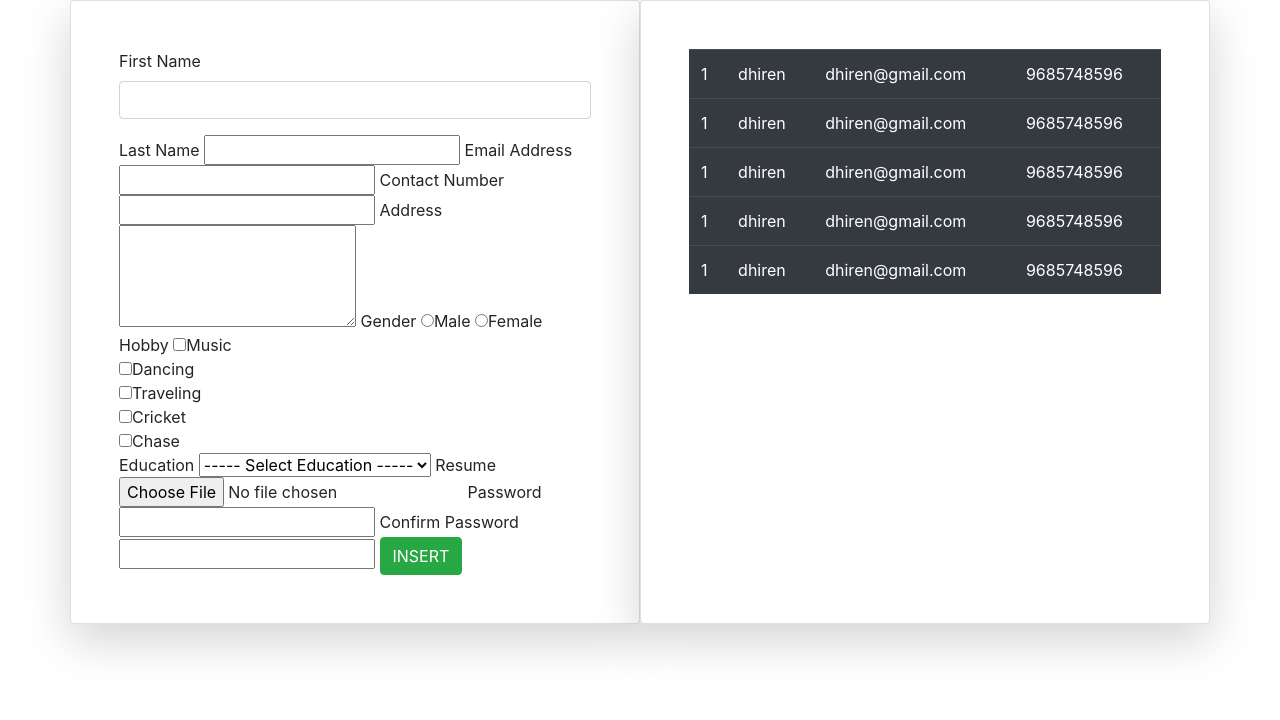
Repository: dhiren1618/OCT-JAVA-2023
Page: http://localhost/AdvancedJava/bootstrap.jsp
These files come from the project's save history. The page is drawn as it stood at one moment and after the next save; the edit follows.
The browser window is 1280 px wide. The pictures show the whole page.
The page is served by Tomcat 9.

Above is the page before, as saved 2024-06-15 11:00:27.

After the next save:
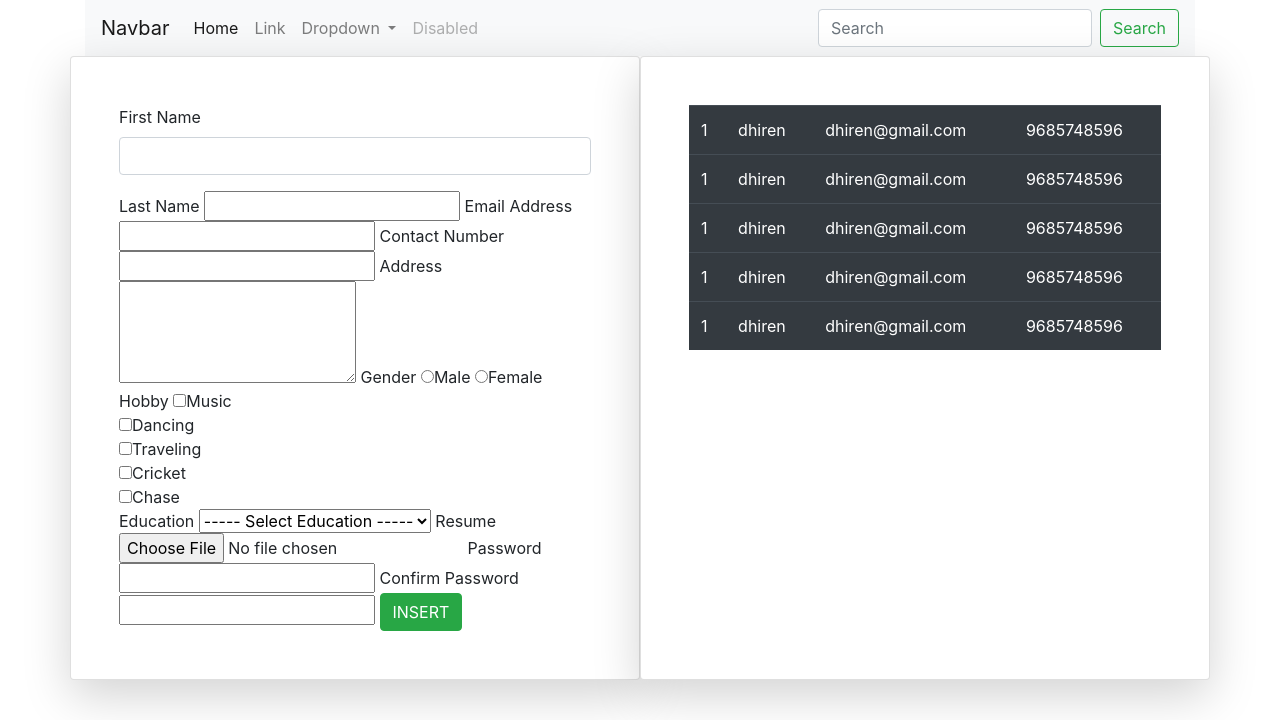
Saved 73 s later.
--- a/AdvancedJava/src/main/webapp/bootstrap.jsp
+++ b/AdvancedJava/src/main/webapp/bootstrap.jsp
@@ -16,6 +16,41 @@
 <body>
 
 	<div class="container">
+	<nav class="navbar navbar-expand-lg navbar-light bg-light">
+  <a class="navbar-brand" href="#">Navbar</a>
+  <button class="navbar-toggler" type="button" data-toggle="collapse" data-target="#navbarSupportedContent" aria-controls="navbarSupportedContent" aria-expanded="false" aria-label="Toggle navigation">
+    <span class="navbar-toggler-icon"></span>
+  </button>
+
+  <div class="collapse navbar-collapse" id="navbarSupportedContent">
+    <ul class="navbar-nav mr-auto">
+      <li class="nav-item active">
+        <a class="nav-link" href="#">Home <span class="sr-only">(current)</span></a>
+      </li>
+      <li class="nav-item">
+        <a class="nav-link" href="#">Link</a>
+      </li>
+      <li class="nav-item dropdown">
+        <a class="nav-link dropdown-toggle" href="#" id="navbarDropdown" role="button" data-toggle="dropdown" aria-haspopup="true" aria-expanded="false">
+          Dropdown
+        </a>
+        <div class="dropdown-menu" aria-labelledby="navbarDropdown">
+          <a class="dropdown-item" href="#">Action</a>
+          <a class="dropdown-item" href="#">Another action</a>
+          <div class="dropdown-divider"></div>
+          <a class="dropdown-item" href="#">Something else here</a>
+        </div>
+      </li>
+      <li class="nav-item">
+        <a class="nav-link disabled" href="#">Disabled</a>
+      </li>
+    </ul>
+    <form class="form-inline my-2 my-lg-0">
+      <input class="form-control mr-sm-2" type="search" placeholder="Search" aria-label="Search">
+      <button class="btn btn-outline-success my-2 my-sm-0" type="submit">Search</button>
+    </form>
+  </div>
+</nav>
 		<div class="row">
 			<div class="col-md-6 card p-5  shadow-lg">
 	<form action="" method="post" name="insert">
